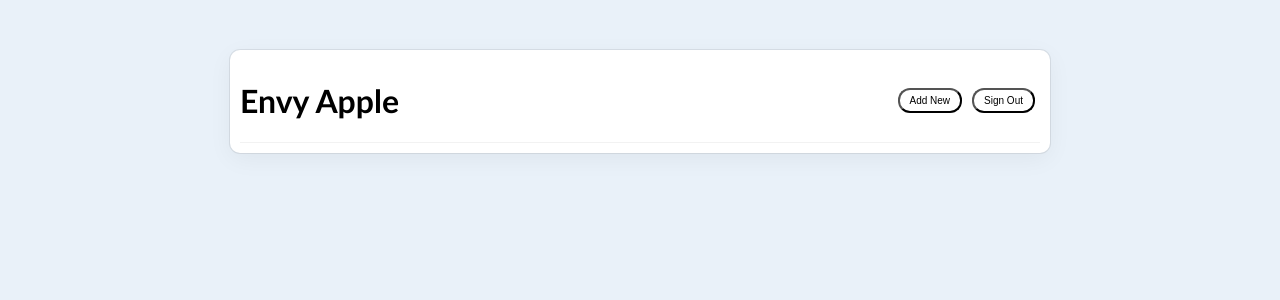
Repository: mosesvk/_todo
Page: / (app in client/)
These files come from the project's save history. The page is drawn as it stood at one moment and after the next save; the edit follows.
The browser window is 1280 px wide. The pictures show the whole page.
The page's requests for data from a server got no answer. The project was rebuilt for these pictures with package versions that can differ from the ones it lists, and the page was loaded fresh each time. No one was signed in, and anything a server would have sent is missing. Also part of the build but not shown: client/vite.config.js.

Above is the page before, as saved 2023-05-01 14:45:41.

### client/src/App.jsx
import { useCallback, useEffect } from 'react'
import ListHeader from './components/ListHeader'

const App = () => {

  const getData = async () => {

    const userEmail = 'test@test.com'

    try {
      const response = await fetch(`http://localhost:8000/todos/${userEmail}`)
      const json = await response.json()
      console.log(json)
    } catch (err) {
      console.error(err)
    }
  }

  useEffect(() => {
    getData()
  }, [])

  return (
    <div className='app'>
      <ListHeader listName='Envy Apple' />
    </div>
  )
}

export default App

### client/src/index.css
body {
    margin: 0;
    padding: 0;
    background-color: #e9f1f9;
    display: flex;
    justify-content: center;
    font-family: 'Trebuchet MS', Arial, sans-serif
}

.app {
    background-color: #ffffff;
    box-shadow: #0000000d 0 6px 24px, #00000014 0 0 0 1px;
    border-radius: 10px;
    padding: 10px;
    width: 800px;
    margin: 50px;
}

.button-container {
    display: flex;
    align-items: center;
}

.button-container button {
    margin: 0 5px;
    padding: 5px 10px;
    font-size: 10px;
    border-radius: 12px;
    background-color: transparent;
}

.list-header {
    width: 100%;
    display: flex;
    justify-content: space-between;
    border-bottom: #0000000d 1px solid
}

### client/src/components/ListHeader.jsx
import React from 'react'

const ListHeader = ({listName}) => {

  const signOut = () => {
    console.log('signout')
  }

  return (
    <div className='list-header'>
      <h1>{listName}</h1>
      <div className="button-container">
        <button className="create">Add New</button>
        <button className="signout" onClick={signOut}>Sign Out</button>
      </div>
    </div>
  )
}

export default ListHeader

Loaded but not shown: client/index.html (common file); client/src/main.jsx (common file)

After the next save:
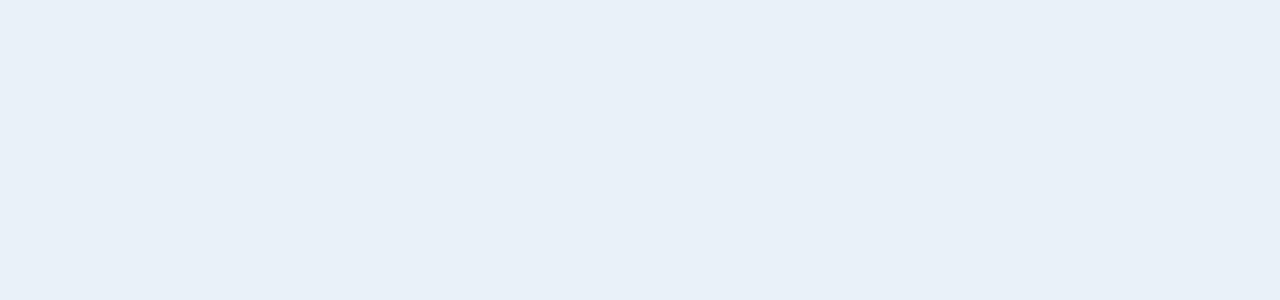
Console error: ReferenceError: useState is not defined
Saved 2 h 7 min later.
--- a/client/src/App.jsx
+++ b/client/src/App.jsx
@@ -2,10 +2,10 @@ import { useCallback, useEffect } from 'react'
 import ListHeader from './components/ListHeader'
 
 const App = () => {
+  const userEmail = 'test@test.com'
+  const [tasks, setTasks] = useState(null)
 
   const getData = async () => {
-
-    const userEmail = 'test@test.com'
 
     try {
       const response = await fetch(`http://localhost:8000/todos/${userEmail}`)

After the 5 saves that followed:
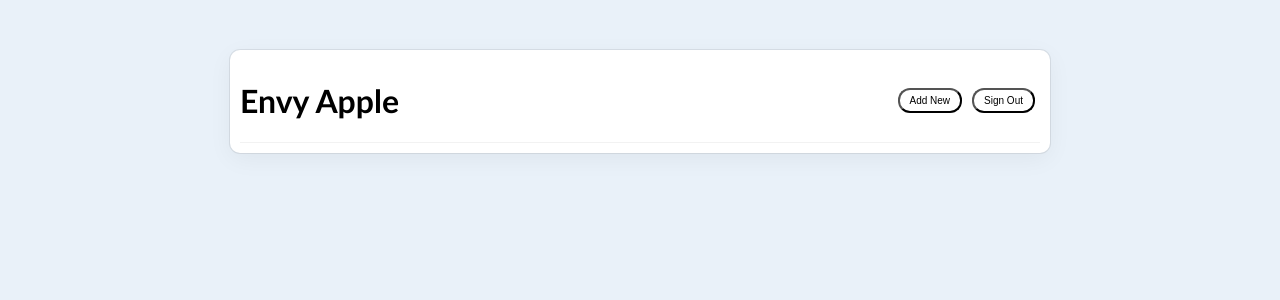
The error is gone.
The 5 saves are shown as one change because 3 left the picture as it was and some came seconds apart.
The last was saved 57 s later.
--- a/client/src/App.jsx
+++ b/client/src/App.jsx
@@ -1,4 +1,4 @@
-import { useCallback, useEffect } from 'react'
+import { useState, useEffect } from 'react'
 import ListHeader from './components/ListHeader'
 
 const App = () => {
@@ -10,7 +10,7 @@ const App = () => {
     try {
       const response = await fetch(`http://localhost:8000/todos/${userEmail}`)
       const json = await response.json()
-      console.log(json)
+      setTasks(json)
     } catch (err) {
       console.error(err)
     }
@@ -20,6 +20,8 @@ const App = () => {
     getData()
   }, [])
 
+  console.log(tasks)
+
   return (
     <div className='app'>
       <ListHeader listName='Envy Apple' />
